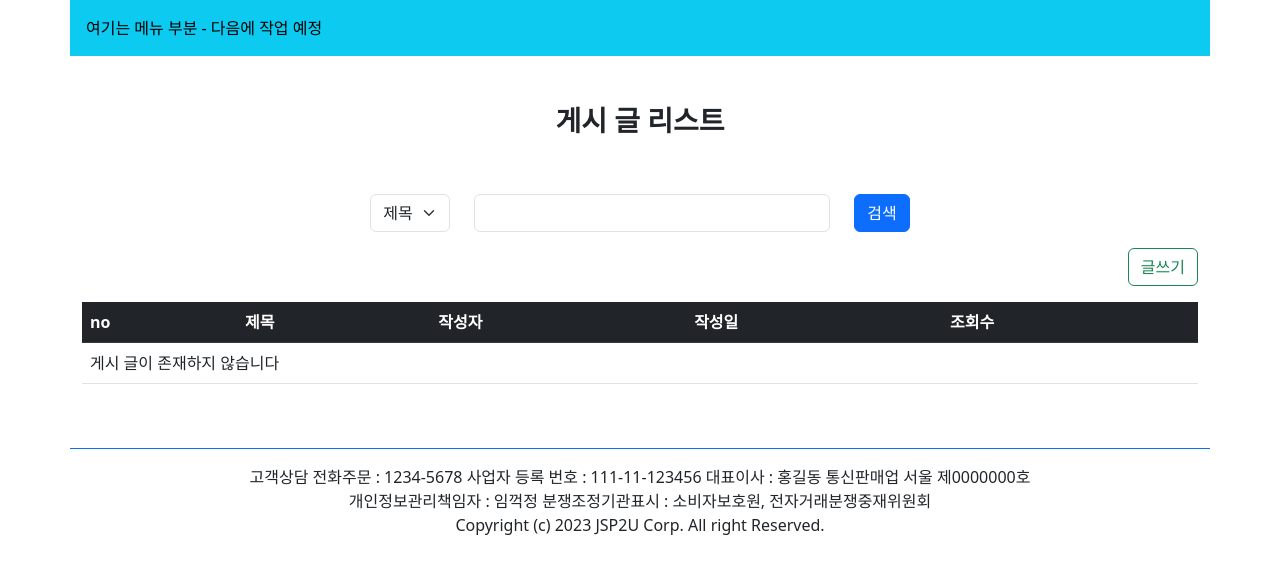
Repository: lopanghub/git_study
Page: http://localhost/JSPClassCh06/WEB-INF/board/boardList.jsp
The author's editor kept a copy of each file at every save. The page is drawn from the files as they stood at one save, then again after the next save.
The browser window is 1280 px wide. The pictures show the whole page.
The page is served by Tomcat 9. Nobody is signed in. Other server files are loaded and not shown. The template is opened directly, without the code that normally fills it, so the values that code supplies are empty.

Above is the page before, as saved 2024-04-09 05:56:25.

### JSPStudy/JSPClassCh06/src/main/webapp/WEB-INF/board/boardList.jsp
<%@page import="java.util.ArrayList"%>
<%@page import="com.jspstudy.ch06.vo.Board"%>
<%@page import="java.util.List"%>
<%@page import="java.sql.ResultSet"%>
<%@page import="java.sql.PreparedStatement"%>
<%@page import="java.sql.DriverManager"%>
<%@page import="java.sql.Connection"%>
<%@ page language="java" contentType="text/html; charset=UTF-8"
	pageEncoding="UTF-8"%>
<%@taglib prefix="c" uri="http://java.sun.com/jsp/jstl/core"%>

<!DOCTYPE html>
<html>
<head>
<meta charset="UTF-8">
<meta name="viewport" content="width=device-width, initial-scale=1">
<title>Insert title here</title>
<link href="bootstrap/bootstrap.min.css" rel="stylesheet">
</head>
<body>
	<div class="container">
		<div class="row">
			<div class="col text-bg-info p-3">여기는 메뉴 부분 - 다음에 작업 예정</div>
		</div>
		<div class="row my-5">
			<div class="col text-center">
				<h2 class=" fw-bold fs-3">게시 글 리스트</h2>
			</div>

		</div>
		<form name="searchForm" id="searchForm" action="#"
			class="row justify-content-center my-3">
			<div class="col-auto">
				<select name="type" class="form-select">
					<option value="title">제목</option>
					<option value="writer">작가</option>
					<option value="content">내용</option>
				</select>
			</div>
			<div class="col-4">
				<input type="text" name="keyword" id="keyword" class="form-control">
			</div>
			<div class="col-auto">
				<input type="submit" class="btn btn-primary" value="검색">
			</div>
		</form>
		<div class="row">
			<div class="col text-end">
				<a href="writeForm" class="btn btn-outline-success">글쓰기</a>
			</div>
		</div>
		<div class="row my-3">
			<div class="col">

				<table class="table table-hover">
					<thead >
					<tr class="table-dark">
						<th>no</th>
						<th>제목</th>
						<th>작성자</th>
						<th>작성일</th>
						<th>조회수</th>
					</tr>
					</thead>
					<!-- 게시글이 있는 경우 -->
					<tbody>
					<c:if test="${not empty bList }">
						<c:forEach var="board" items="${bList }">
							<tr>
								<td>${board.no }</td>
								<td>${board.title }</td>
								<td>${board.writer }</td>
								<td>${board.regDate }</td>
								<td>${board.readCount }</td>
							</tr>
						</c:forEach>
					</c:if>
					<!-- 게시글이 없는 경우 -->
					<c:if test="${empty bList }">
						<tr>
							<td colspan="5">게시 글이 존재하지 않습니다</td>

						</tr>
					</c:if>
					</tbody>
				</table>

			</div>
		</div>
		<div class="row my-5 border-top border-primary" id="global-footer">
			<div class="col text-center py-3">
				<p>
				고객상담 전화주문 : 1234-5678 사업자 등록 번호 : 111-11-123456
				대표이사 : 홍길동 통신판매업 서울 제0000000호<br>
				개인정보관리책임자 : 임꺽정 분쟁조정기관표시 : 소비자보호원, 전자거래분쟁중재위원회<br>
				Copyright (c) 2023 JSP2U Corp. All right Reserved.

			</div>
		</div>
	</div>
	<script src="bootstrap/bootstrap.bundle.min.js">

	</script>
</body>
</html>

Loaded but not shown: JSPStudy/JSPClassCh06/src/main/webapp/bootstrap/bootstrap.min.css (library); JSPStudy/JSPClassCh06/src/main/webapp/bootstrap/bootstrap.bundle.min.js (library)

After the next save:
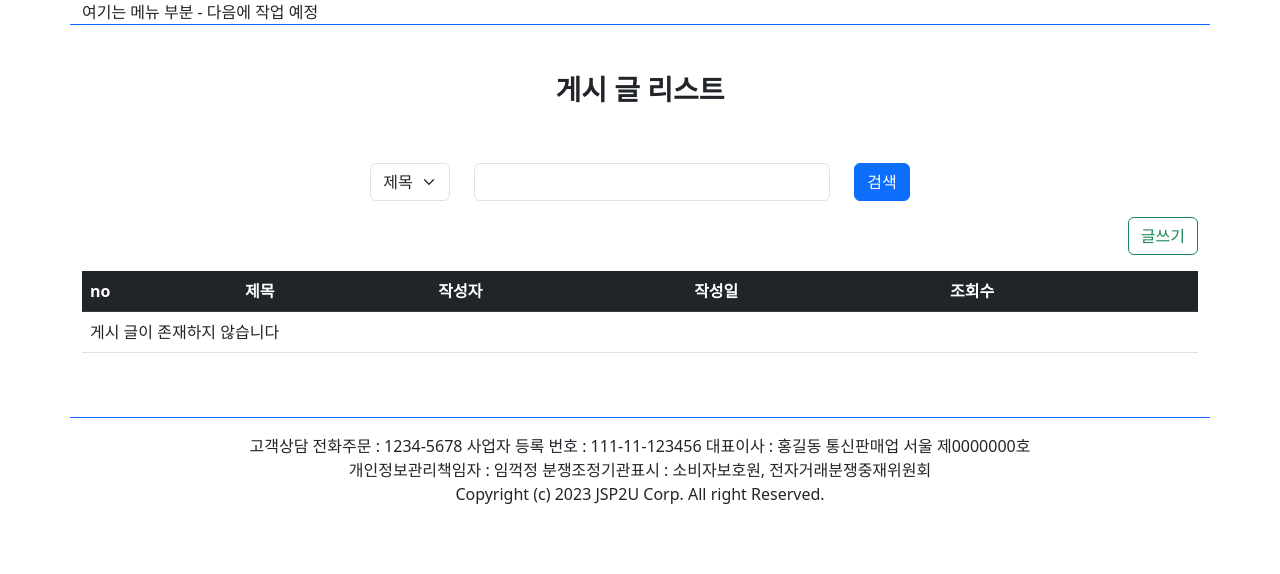
Saved 2 min 43 s later.
--- a/JSPStudy/JSPClassCh06/src/main/webapp/WEB-INF/board/boardList.jsp
+++ b/JSPStudy/JSPClassCh06/src/main/webapp/WEB-INF/board/boardList.jsp
@@ -19,8 +19,8 @@
 </head>
 <body>
 	<div class="container">
-		<div class="row">
-			<div class="col text-bg-info p-3">여기는 메뉴 부분 - 다음에 작업 예정</div>
+		<div class="row border-bottom border-primary">
+			<div class="col ">여기는 메뉴 부분 - 다음에 작업 예정</div>
 		</div>
 		<div class="row my-5">
 			<div class="col text-center">
